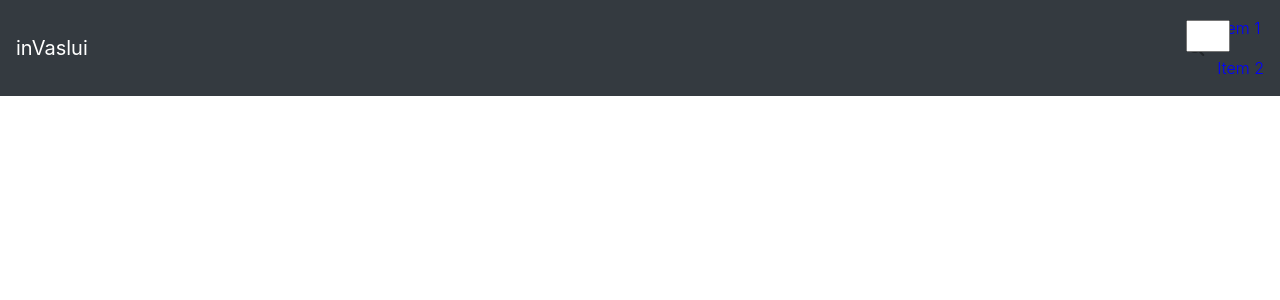
Repository: nicolasolo/in-vaslui
Page: index.html
These files come from the project's save history. The page is drawn as it stood at one moment and after a run of saves; the edit follows.
The browser window is 1280 px wide. The pictures show the whole page.
Some web libraries are served in a nearby version.

Above is the page before, as saved 2020-03-29 21:03:31.

### index.html
<!DOCTYPE html>
<!--[if lt IE 7]>      <html class="no-js lt-ie9 lt-ie8 lt-ie7"> <![endif]-->
<!--[if IE 7]>         <html class="no-js lt-ie9 lt-ie8"> <![endif]-->
<!--[if IE 8]>         <html class="no-js lt-ie9"> <![endif]-->
<!--[if gt IE 8]><!--> <html class="no-js"> <!--<![endif]-->
    <head>
        <meta charset="utf-8">
        <meta http-equiv="X-UA-Compatible" content="IE=edge">
        <title></title>
        <meta name="description" content="">
        <meta name="viewport" content="width=device-width, initial-scale=1">
        <link rel="stylesheet" href="https://stackpath.bootstrapcdn.com/bootstrap/4.4.1/css/bootstrap.min.css" integrity="sha384-Vkoo8x4CGsO3+Hhxv8T/Q5PaXtkKtu6ug5TOeNV6gBiFeWPGFN9MuhOf23Q9Ifjh" crossorigin="anonymous">
        <script src="https://kit.fontawesome.com/9e80a3f6b7.js" crossorigin="anonymous"></script>
        <link rel="stylesheet" href="./css/vaslui.css">

    </head>
    <body>
        <!--[if lt IE 7]>
            <p class="browsehappy">You are using an <strong>outdated</strong> browser. Please <a href="#">upgrade your browser</a> to improve your experience.</p>
        <![endif]-->
        <header>
            <nav class="navbar navbar-dark bg-dark fixed-top">
                <a class="navbar-brand">inVaslui</a>


                <div class="searc-box">
                    <input type="text" class="input" placeholder="Search">
                    <div class="btn">
                        <i class="fa-search fas" aria-hidden="true"></i>
                    </div>
                </div>

                <div id="side_nav">
                    <ul class="navbar-nav mr-auto">
                        <li class="nav-item active">
                            <a class="nav-link" href="#">Item 1 <span class="sr-only">(current)</span></a>
                        </li>
                        <li class="nav-item">
                            <a class="nav-link disabled" href="#" tabindex="-1" aria-disabled="true">Item 2</a>
                        </li>
                    </ul>
                </div>


                </div>
            </nav>
        </header>
        <script src="https://code.jquery.com/jquery-3.4.1.slim.min.js" integrity="sha384-J6qa4849blE2+poT4WnyKhv5vZF5SrPo0iEjwBvKU7imGFAV0wwj1yYfoRSJoZ+n" crossorigin="anonymous"></script>
<script src="https://cdn.jsdelivr.net/npm/popper.js@1.16.0/dist/umd/popper.min.js" integrity="sha384-Q6E9RHvbIyZFJoft+2mJbHaEWldlvI9IOYy5n3zV9zzTtmI3UksdQRVvoxMfooAo" crossorigin="anonymous"></script>
<script src="https://stackpath.bootstrapcdn.com/bootstrap/4.4.1/js/bootstrap.min.js" integrity="sha384-wfSDF2E50Y2D1uUdj0O3uMBJnjuUD4Ih7YwaYd1iqfktj0Uod8GCExl3Og8ifwB6" crossorigin="anonymous"></script>
        <script src="" async defer></script>
        <script src="./js/vaslui.js"></script>
    </body>
</html>

### css/vaslui.css
a.navbar-brand{
    margin: auto;
    text-align: center;
    flex: content;
    display: flex;
    align-self: center;
}

.search-box{
    width: 5rem;
    height: auto;
    position: relative;
}
.input{
    position: absolute;
    top: 20px;
    right: 50px;
    box-sizing: border-box;
    width: 0px;
    height: 2rem;
    padding: 0 20px;
    outline: none;
    font-size: 18px;
    border-radius: 50;

}

ul.navbar-nav{
    color: black;

}
#side_nav ul a.nav-link{
    font-weight: 300;
    color: blue;
}

### js/vaslui.js
var sideNav = document.querySelector('#side_nav');
var sideNavButton = document.querySelector(".navbar-toggler");



function openNav() {
    $sideNav.toggle().width="100%";
}
function closeNav(){
    sideNav.style.width="0";
}
$(document).ready(function(){

$("button").click(function() {
    $(sideNav).toggle(1000);
});
});

After the next 2 saves:
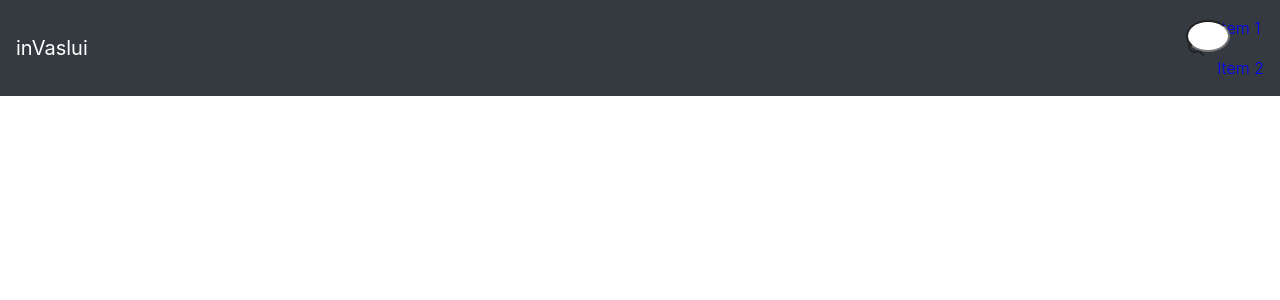
The 2 saves are shown as one change because they came seconds apart.
The last was saved 3 s later.
--- a/css/vaslui.css
+++ b/css/vaslui.css
@@ -21,7 +21,8 @@ a.navbar-brand{
     padding: 0 20px;
     outline: none;
     font-size: 18px;
-    border-radius: 50;
+    border-radius: 50%;
+
 
 }
 
